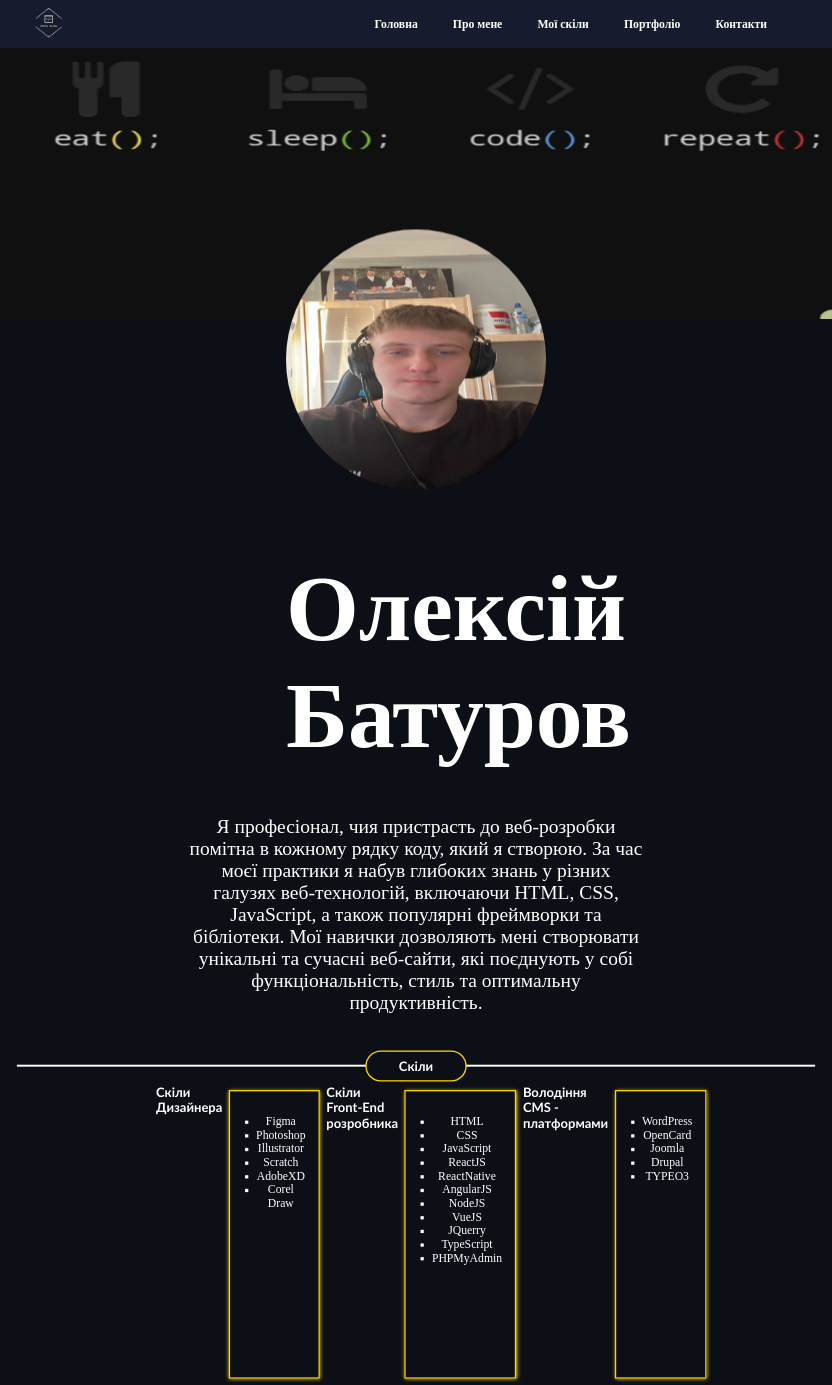
Repository: qtqqrdy13/cv-2
Page: index.html
An editor plug-in stored every save of this project. The page is shown before and after the next save, followed by the edit.
The browser window is 1280 px wide. The pictures show the whole page, at 65% of full size.

Above is the page before, as saved 2023-10-04 22:12:03.

After the next save:
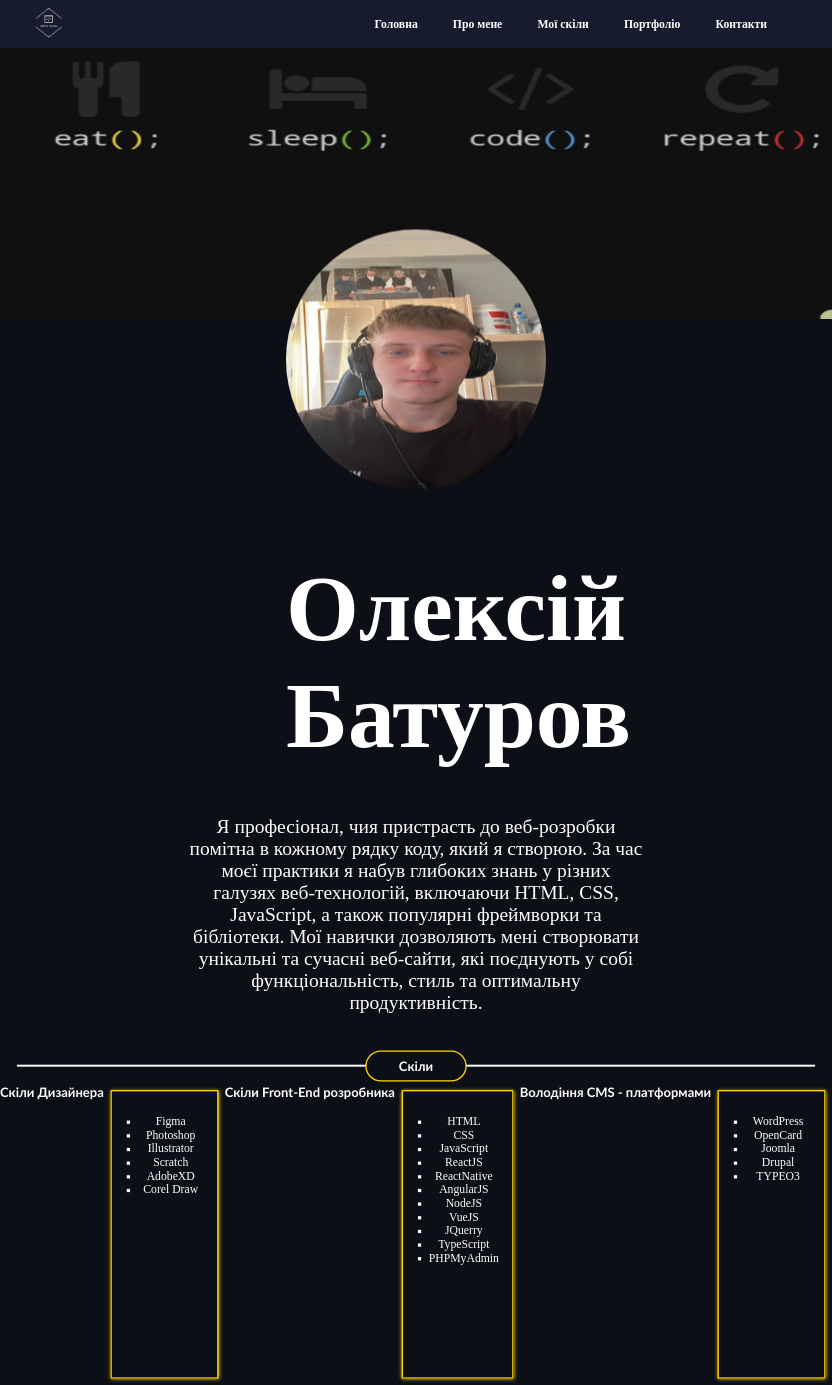
Saved 96 s later.
--- a/main.css
+++ b/main.css
@@ -223,13 +223,11 @@ nav a:hover {
     display: flex;
     flex-direction: column;
     align-items:center;
-
-
 }
 .row{
     display: flex;
-    justify-content: space-between;
-    width: 800px;
+    justify-content: center;
+    width: 100%;
 }
 .block{
     border:2px solid gold;
@@ -242,6 +240,7 @@ nav a:hover {
     box-shadow: 1px 1px 6px gold;
     text-align: center;
 
+
 }
 .block:hover{
     box-shadow: 2px 2px 12px gold;
